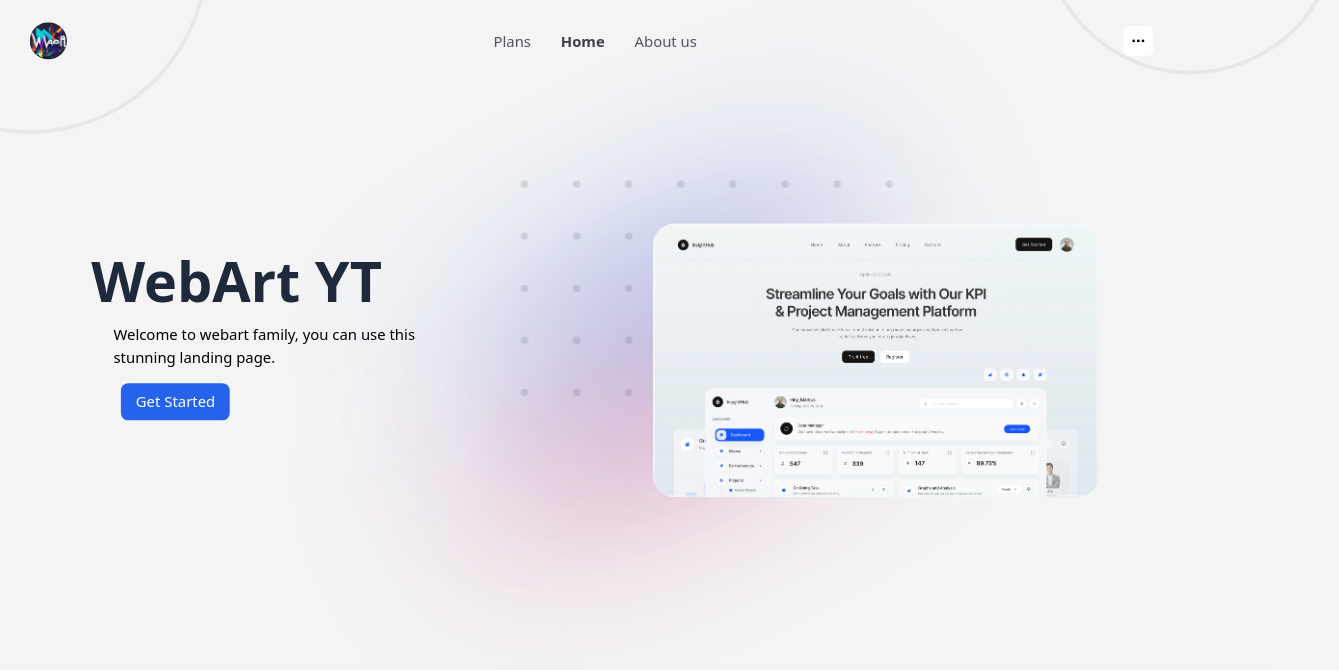
Repository: 30namp/youtube-web-art-code
Page: stunning landing page 1/index.html
The author's editor kept a copy of each file at every save. The page is drawn from the files as they stood at one save, then again after the next save.
The browser window is 1280 px wide. The page is 1440 px wide, so the pictures cover 1440 px, including what lies to the right of the window. The pictures show the whole page, at 93% of full size.

Above is the page before, as saved 2024-09-26 21:25:14.

After the next save:
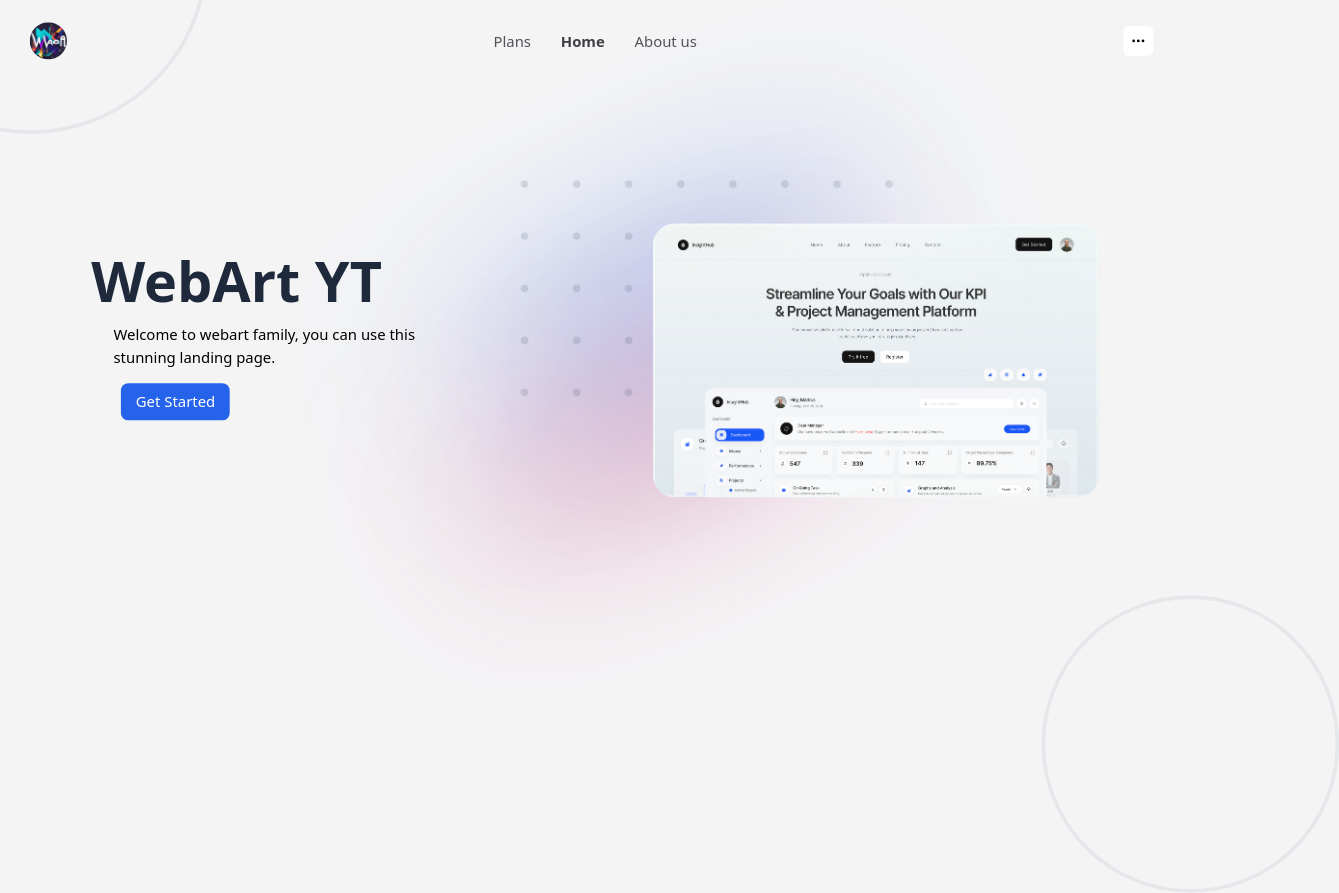
Saved 7 s later.
--- a/stunning landing page 1/index.html
+++ b/stunning landing page 1/index.html
@@ -62,7 +62,7 @@
       class="circle size-96 rounded-full border-4 absolute -top-60 -left-40"
     ></div>
     <div
-      class="circle size-80 rounded-full border-4 absolute -top-60 -right-40"
+      class="circle size-80 rounded-full border-4 absolute -bottom-60 -right-40"
     ></div>
 
     <!-- navbar -->
